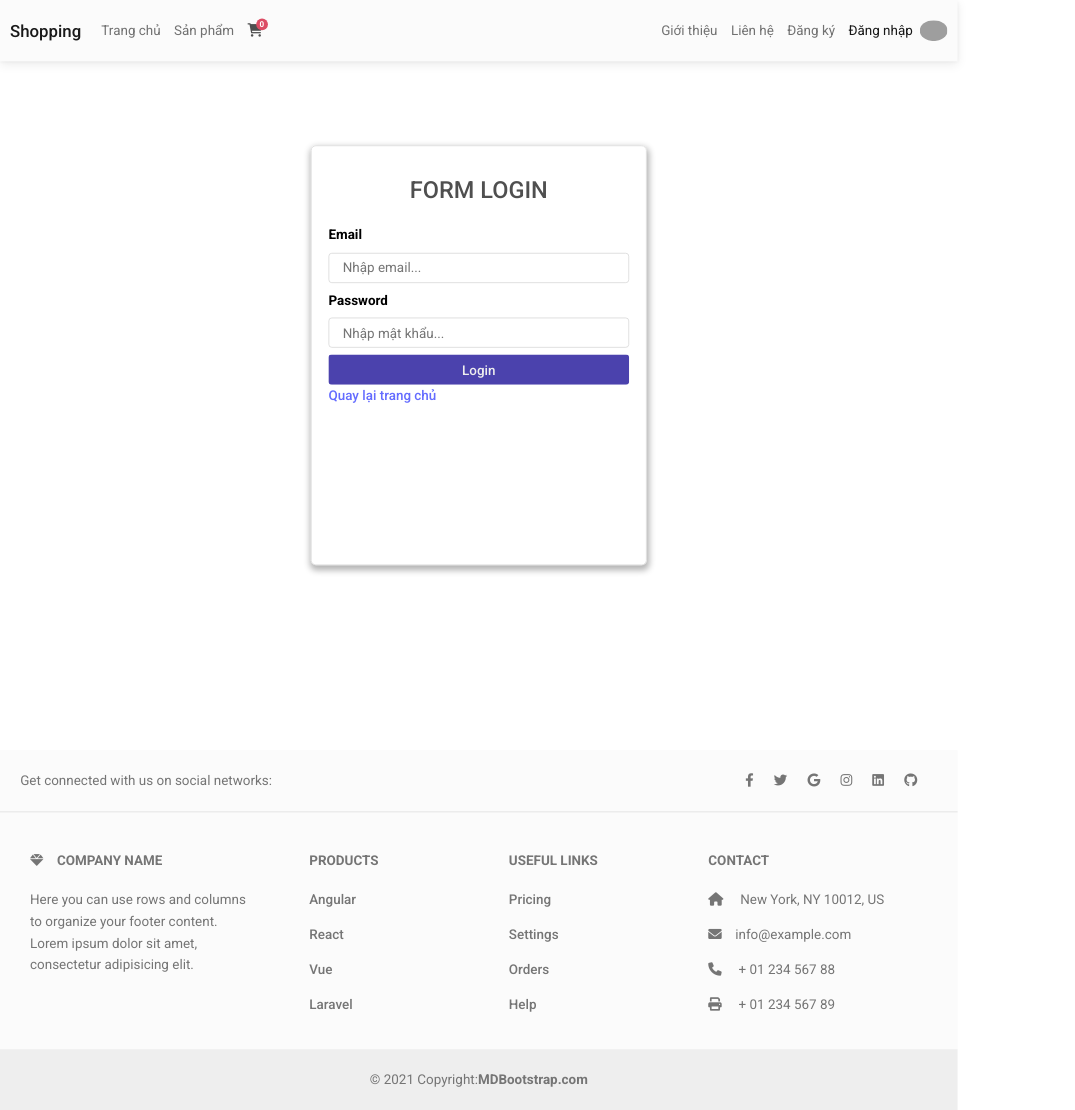
Repository: TinhTT336/MD02_Session10
Page: /login
The author's editor kept a copy of each file at every save. The page is drawn from the files as they stood at one save, then again after the next save.
The browser window is 1280 px wide. The pictures show the whole page, at 84% of full size.
Pictures or frames that could not be fetched are drawn as grey boxes. Some web libraries are served in a nearby version. The project was rebuilt for these pictures with package versions that can differ from the ones it lists, and the page was loaded fresh each time. Also part of the build but not shown: vite.config.js, src/pages/Home.jsx, src/common/formatMoney.js, src/actions/cartActions.js, src/pages/ListProduct.jsx, src/pages/Cart.jsx, src/components/base/backtop/backtop.css, src/components/base/backtop/BackToTop.jsx and 11 more.

Above is the page before, as saved 2023-09-08 17:25:04.

### index.html
<!DOCTYPE html>
<html lang="en">
  <head>
    <meta charset="UTF-8" />
    <link rel="icon" type="image/svg+xml" href="/vite.svg" />
    <meta name="viewport" content="width=device-width, initial-scale=1.0" />
    <title>Vite + React</title>
    <!-- Font Awesome -->
    <link
      href="https://cdnjs.cloudflare.com/ajax/libs/font-awesome/6.0.0/css/all.min.css"
      rel="stylesheet"
    />
    <!-- Google Fonts -->
    <link
      href="https://fonts.googleapis.com/css?family=Roboto:300,400,500,700&display=swap"
      rel="stylesheet"
    />
    <!-- MDB -->
    <link
      href="https://cdnjs.cloudflare.com/ajax/libs/mdb-ui-kit/6.4.1/mdb.min.css"
      rel="stylesheet"
    />
  </head>
  <body>
    <div id="root"></div>
    <script type="module" src="/src/main.jsx"></script>
    <script
      type="text/javascript"
      src="https://cdnjs.cloudflare.com/ajax/libs/mdb-ui-kit/6.4.1/mdb.min.js"
    ></script>
  </body>
</html>

### src/main.jsx
import React from 'react'
import ReactDOM from 'react-dom/client'
import App from './App.jsx'
import './index.css'
import { BrowserRouter } from 'react-router-dom'
import { Provider } from 'react-redux'
import { createStore } from 'redux'
import { reducer } from './reducers/index.js'

const store = createStore(reducer)
ReactDOM.createRoot(document.getElementById('root')).render(
  <React.StrictMode>
    <BrowserRouter>
      <Provider store={store}>
        <App />
      </Provider>
    </BrowserRouter>
  </React.StrictMode>,
)

### src/App.jsx

import { Route, Routes, useLocation } from 'react-router-dom'
import './App.css'
import Home from './pages/Home'
import ListProduct from './pages/ListProduct'
import Cart from './pages/Cart'
import About from './pages/About'
import Contact from './pages/Contact'
import Register from './pages/Register'
import Login from './pages/Login'
import ProductDetail from './pages/ProductDetail'
import { useEffect } from 'react'
import PrivateRouter from './pages/private/PrivateRouter'
import HomeAdmin from './pages/private/HomeAdmin'
import ManagerProduct from './pages/private/ManagerProduct'
import ManagerUser from './pages/private/ManagerUser'

function App() {
  const location = useLocation();
  useEffect(() => {
    window.scrollTo({ top: 0, behavior: "smooth" });
  }, [location.pathname])
  return (
    <>
      <Routes>
        {/* Router ai cung co the truy cap */}
        <Route path='/' element={<Home />}></Route>
        <Route path='/list-product' element={<ListProduct />}></Route>
        <Route path='/product/:id' element={<ProductDetail />}></Route>
        <Route path='/cart' element={<Cart />}></Route>
        <Route path='/about' element={<About />}></Route>
        <Route path='/contact' element={<Contact />}></Route>
        <Route path='/register' element={<Register />}></Route>
        <Route path='/login' element={<Login />}></Route>
        <Route path='/product-detail' element={<ProductDetail />}></Route>

        {/* Router chi admin moi co the truy cap */}
        <Route path='/admin' element={<PrivateRouter />}>
          {/* path ="/" duong dan tuyet doi */}
          <Route index element={<HomeAdmin />}></Route>
          <Route path='manager-product' element={<ManagerProduct />}></Route>
          <Route path='manager-user' element={<ManagerUser />}></Route>
        </Route>
      </Routes>
    </>
  )
}

export default App

### src/App.css
* {
  margin: 0;
  padding: 0;
  box-sizing: border-box;
}
/* .active {
  background-color: #efefef;
} */
/* body {
  max-width: 90%;
  margin: 0 auto;
} */

.nav-item .nav-link {
  padding: 15px;
}

.fa-cart-shopping {
  position: relative;
}

.fa-cart-shopping + span {
  position: absolute;
  top: -10px;
  right: -10px;
  background-color: red;
  color: white;
  border-radius: 50%;
  padding: 5px 10px;
}

### src/pages/Login.jsx
import React from 'react'
import Navbar from '../layouts/Navbar'
import Footer from '../layouts/Footer'
import Button from "../components/base/button/Button";
import "./login.css";
import { Link } from 'react-router-dom';

export default function Login() {
    return (
        <>
            <Navbar />
            <div style={{ minHeight: "100vh", marginTop: 100 }} className='d-flex justify-content-center align-item-center'>
                <form className='form-container'>
                    <h3 className='form-heading text-center p-3'>FORM LOGIN</h3>
                    <div className='form-group'>
                        <label className='form-label' htmlFor="email">Email</label>
                        <input className='form-input' type="text" id="email" placeholder='Nhập email...' />
                    </div>
                    <div className='form-group'>
                        <label className='form-label' htmlFor="password">Password</label>
                        <input className='form-input' type="password" id="password" placeholder='Nhập mật khẩu...' />
                    </div>
                    <div className=''>
                        <Button size="100%" title='Login' type='primary' />
                    </div>
                    <div>
                        <Link to={"/"}>Quay lại trang chủ</Link>
                    </div>
                </form>
            </div>
            <Footer />
        </>
    )
}

### src/layouts/Navbar.jsx
import React from 'react'
import { useSelector } from 'react-redux'
import { Link, NavLink } from 'react-router-dom'

export default function Navbar() {
    const carts = useSelector(cart => cart.listCart);
    return (
        <div>
            <>
                {/* Navbar start */}
                {/* Navbar */}
                <nav className="navbar navbar-expand-lg navbar-light bg-light">
                    {/* Container wrapper */}
                    <div className="container-fluid">
                        {/* Toggle button */}
                        <button
                            className="navbar-toggler"
                            type="button"
                            data-mdb-toggle="collapse"
                            data-mdb-target="#navbarSupportedContent"
                            aria-controls="navbarSupportedContent"
                            aria-expanded="false"
                            aria-label="Toggle navigation"
                        >
                            <i className="fas fa-bars" />
                        </button>
                        {/* Collapsible wrapper */}
                        <div className="collapse navbar-collapse" id="navbarSupportedContent">
                            {/* Navbar brand */}
                            <a className="navbar-brand mt-2 mt-lg-0" >
                                {" "}
                                Shopping{" "}
                            </a>
                            {/* Left links */}
                            <ul className="navbar-nav me-auto mb-2 mb-lg-0">
                                <li className="nav-item">
                                    <NavLink to={"/"} className="nav-link" >
                                        Trang chủ
                                    </NavLink>
                                </li>
                                <li className="nav-item">
                                    <NavLink to={"/list-product"} className="nav-link" >
                                        Sản phẩm
                                    </NavLink>
                                </li>
                                <li className="nav-item">
                                    {/* Icon */}
                                    <Link to={"/cart"} className="text-reset me-3 nav-link" >
                                        <i className="fas fa-shopping-cart" />
                                        <span className="badge rounded-pill badge-notification bg-danger">
                                            {carts.length}
                                        </span>
                                    </Link>
                                </li>
                            </ul>
                            {/* Left links */}
                        </div>
                        {/* Collapsible wrapper */}
                        {/* Right elements */}
                        <div className="d-flex align-items-center">
                            <ul className="navbar-nav me-auto mb-2 mb-lg-0">
                                <li className="nav-item">
                                    <NavLink to={"/about"} className="nav-link" >
                                        Giới thiệu
                                    </NavLink>
                                </li>
                                <li className="nav-item">
                                    <NavLink to={"/contact"} className="nav-link" >
                                        Liên hệ
                                    </NavLink>
                                </li>
                                <li className="nav-item">
                                    <NavLink to={"/register"} className="nav-link" >
                                        Đăng ký
                                    </NavLink>
                                </li>
                                <li className="nav-item">
                                    <NavLink to={"/login"} className="nav-link" >
                                        Đăng nhập
                                    </NavLink>
                                </li>
                            </ul>
                            {/* Avatar */}
                            <div className="dropdown">
                                <a
                                    className="dropdown-toggle d-flex align-items-center hidden-arrow"

                                    id="navbarDropdownMenuAvatar"
                                    role="button"
                                    data-mdb-toggle="dropdown"
                                    aria-expanded="false"
                                >
                                    <img
                                        src="https://mdbcdn.b-cdn.net/img/new/avatars/2.webp"
                                        className="rounded-circle"
                                        height={25}
                                        alt="Black and White Portrait of a Man"
                                        loading="lazy"
                                    />
                                </a>
                                <ul
                                    className="dropdown-menu dropdown-menu-end"
                                    aria-labelledby="navbarDropdownMenuAvatar"
                                >
                                    <li>
                                        <a className="dropdown-item" >
                                            My profile
                                        </a>
                                    </li>
                                    <li>
                                        <a className="dropdown-item" >
                                            Settings
                                        </a>
                                    </li>
                                    <li>
                                        <a className="dropdown-item" >
                                            Logout
                                        </a>
                                    </li>
                                </ul>
                            </div>
                        </div>
                        {/* Right elements */}
                    </div>
                    {/* Container wrapper */}
                </nav>
                {/* Navbar end */}
            </>

        </div>
    )
}

### src/components/base/button/Button.jsx
import React from 'react';
import "./button.css";

export default function Button({ title, size, type }) {
    const styleObj = {
        width: size,
    }
    return (
        <>
            <button style={styleObj} className={`t-button t-button-${type}`}>
                {title}
            </button>
        </>
    )
}

### src/pages/login.css
.form-container {
  border: 1px solid #dadada;
  padding: 20px;
  width: 400px;
  height: 500px;
  border-radius: 6px;
  box-shadow: 1px 4px 8px 2px rgba(0, 0, 0, 0.3);
}
.form-group {
  display: flex;
  flex-direction: column;
  margin-bottom: 8px;
}
.form-label {
  font-weight: 600;
  color: #000;
}
.form-input {
  height: 36px;
  padding: 0 16px;
  border-radius: 4px;
  outline: none;
  border: 1px solid #dadada;
}

### src/components/base/button/button.css
.t-button {
  height: 36px;
  border: 1px solid transparent;
  border-radius: 4px;
  padding: 0 16px;
  min-width: 80px;
  /* line-height: 36px; */
  cursor: pointer;
  background-color: #efefef;
}

.t-button-primary {
  background-color: rgba(51, 41, 162, 0.882);
  color: #eee;
}
.t-button-primary:hover {
  background-color: rgba(0, 0, 0, 0.9);
  color: #fff;
}
.t-button-primary:focus {
  background-color: rgba(0, 0, 0, 0.9);
  color: #fff;
}
.t-button-danger {
  background-color: #ff4d4f !important;
}
.t-button-danger:hover {
  background-color: #f5292c !important;
  color: #fff;
}
.t-button-danger:focus {
  background-color: #ef0d11 !important;
  color: #fff;
}

### src/layouts/admin/sidebar/sidebar.css
/* .sidebar-admin {
  width: 230px;
  min-height: 100vh;
  color: #afafaf;
  padding: 5px;
}

.router-item {
  padding: 10px;
  border-bottom: 1px solid rgba(255, 255, 255, 0.1);
  cursor: pointer;
  transition: all.3s ease;
  color: #dfdcdc !important;
  font-size: 14px;
  font-weight: 600;
  display: flex;
  align-items: center;
  position: relative;
  z-index: 1;
  padding: 10px 20px 10px 20px;
  background-color: rgba(255, 255, 255, 0.1);
  border-radius: 5px;
  transition: all.3s ease;
  box-shadow: 0 1px 3px rgba(0, 0, 0, 0.12), 0 1px 2px rgba(0, 0, 0, 0.24);
}

.router-item:hover {
  background-color: rgba(255, 255, 255, 0.2);
  box-shadow: 0 14px 26px -12px rgba(0, 0, 0, 0.42),
    0 4px 23px 0px rgba(0, 0, 0, 0.12), 0 8px 10px -5px rgba(0, 0, 0, 0.2);
  color: #fff !important;
}

.router-item:hover.router-item-icon {
  color: #fff;
}

.router-item-icon {
  font-size: 20px;
  margin-right: 10px;
}

.router-item-title {
  font-size: 14px;
  font-weight: 600;
} */

.m-menu {
  width: 230px;
  background-color: #393a3d;
  color: #fff;
  overflow-y: auto;
}

.m-menu a {
  color: #efe3e3;
  text-decoration: none;
  cursor: pointer;
}

.m-logo-container {
  height: 56px;
  width: 230px;
  display: flex;
  align-items: center;
  /* justify-content: center; */
}

.m-logo-icon {
  height: 56px;
  width: 100%;
  border-right: 1px solid #dadada;
}

.m-menu-item {
  height: calc(100vh - 62px);
  overflow: auto;
}

.m-item-router {
  height: 50px;
  display: flex;
  align-items: center;
  padding-right: 14px;
  padding-left: 8px;
  border-left: 6px solid transparent;
  position: relative;
}

.m-item-router.active::before,
.m-item-router:hover::before {
  content: "";
  color: #fff;
  background: rgb(212, 215, 220);
  opacity: 0.2;
  width: calc(100% + 6px);
  height: 50px;
  left: -6px;
  top: 0px;
  position: absolute;
}

@media screen and (max-width: 600px) {
  .m-item-router .m-item-title {
    display: none;
  }

  .m-menu {
    width: 48px;
  }

  .m-logo-icon {
    height: 70px;
  }
  .collapse {
    left: 8px;
  }
  .collapse .m-item-title {
    display: none;
  }

  .m-navbar {
    height: 48px !important;
  }
}

.m-icon-15-fs {
  margin-right: 8px;
}

Loaded but not shown: src/index.css (common file); src/data/products.json (44 lines, source omitted); src/reducers/listCart.js (96 lines, source omitted); src/reducers/index.js (5 lines, source omitted); src/contrains/actionTypes.js (4 lines, source omitted); src/reducers/listProduct.js (4 lines, source omitted); src/layouts/Footer.jsx (153 lines, source omitted)

After the next save:
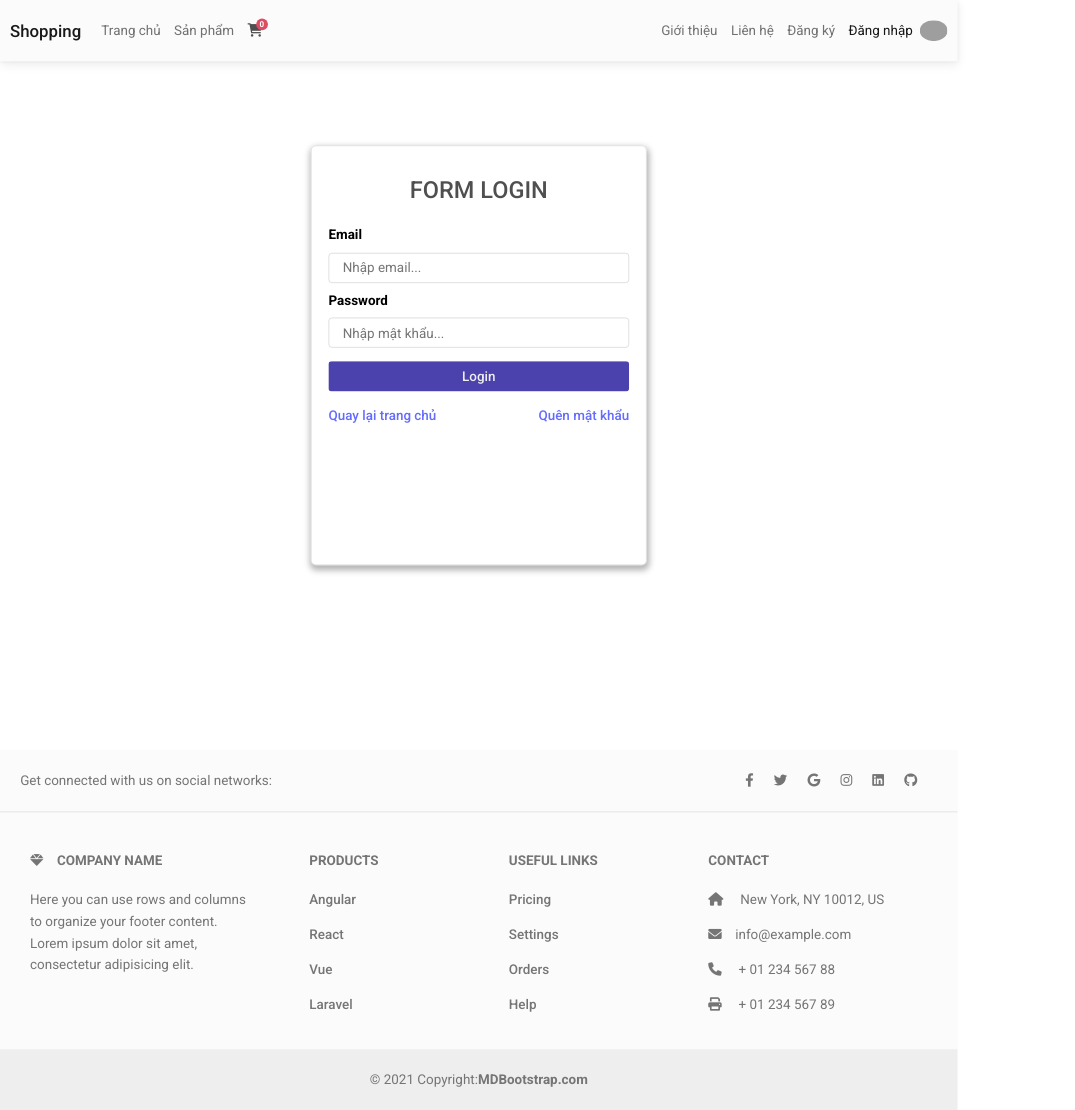
Saved 67 s later.
--- a/src/pages/Login.jsx
+++ b/src/pages/Login.jsx
@@ -20,11 +20,12 @@ export default function Login() {
                         <label className='form-label' htmlFor="password">Password</label>
                         <input className='form-input' type="password" id="password" placeholder='Nhập mật khẩu...' />
                     </div>
-                    <div className=''>
+                    <div className='mt-3'>
                         <Button size="100%" title='Login' type='primary' />
                     </div>
-                    <div>
+                    <div className='mt-3 d-flex justify-content-between'>
                         <Link to={"/"}>Quay lại trang chủ</Link>
+                        <Link>Quên mật khẩu</Link>
                     </div>
                 </form>
             </div>
